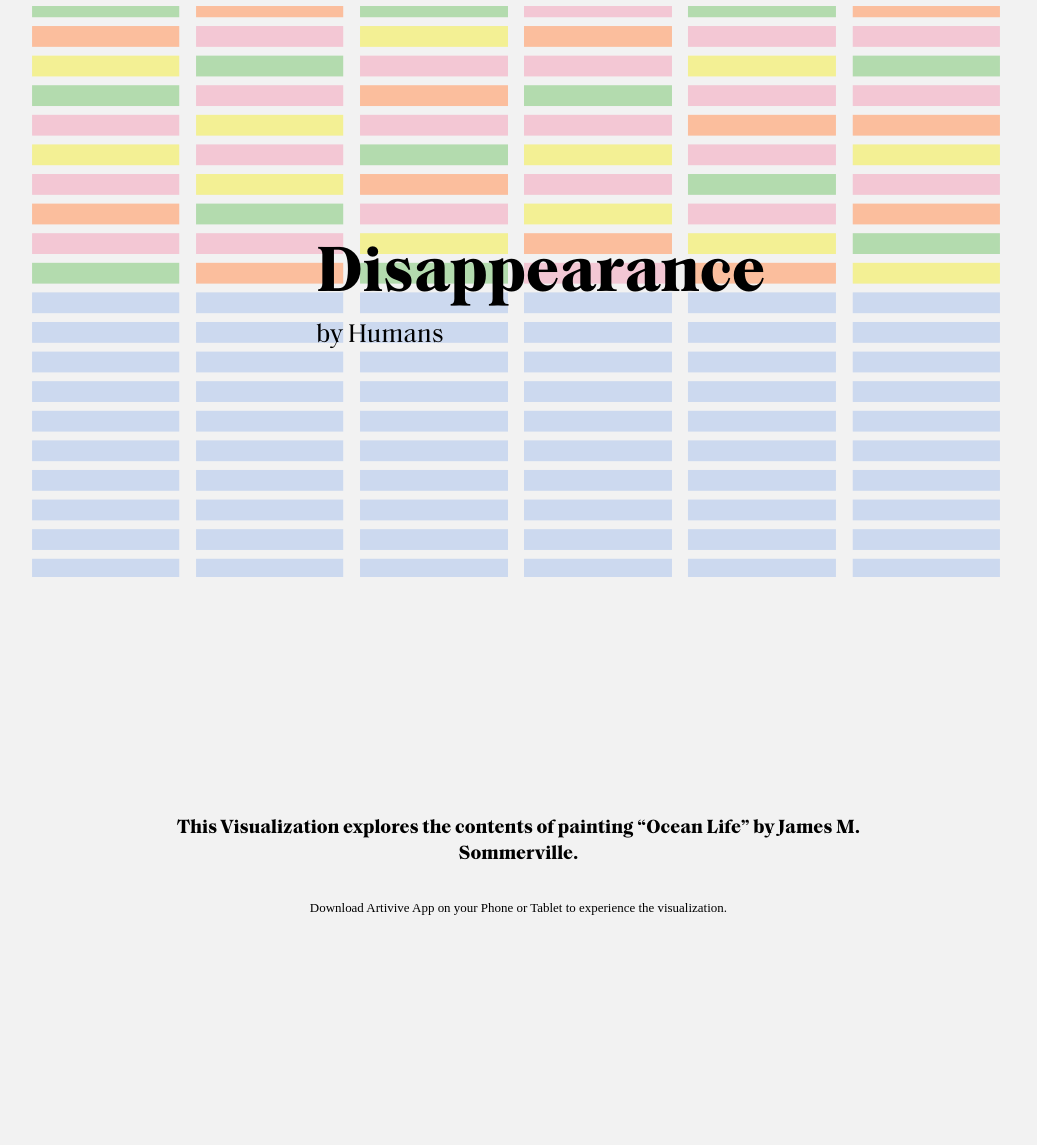
Repository: salonieshah/Major-Studio-1
Page: 4.Disappearance/index.html
The author's editor kept a record of every edit. The page is drawn from the files as they stood at one moment, then again after the next edit.
The browser window is 1280 px wide. The pictures show the part of the page from y = 0 to 1414 px (the page is 2850 px tall), at 81% of full size.
A picture or video elsewhere on the page could not be fetched, so the positions and the page height are approximate. Backgrounds fixed to the window are drawn as part of the page.

Above is the page before.

After the next edit:
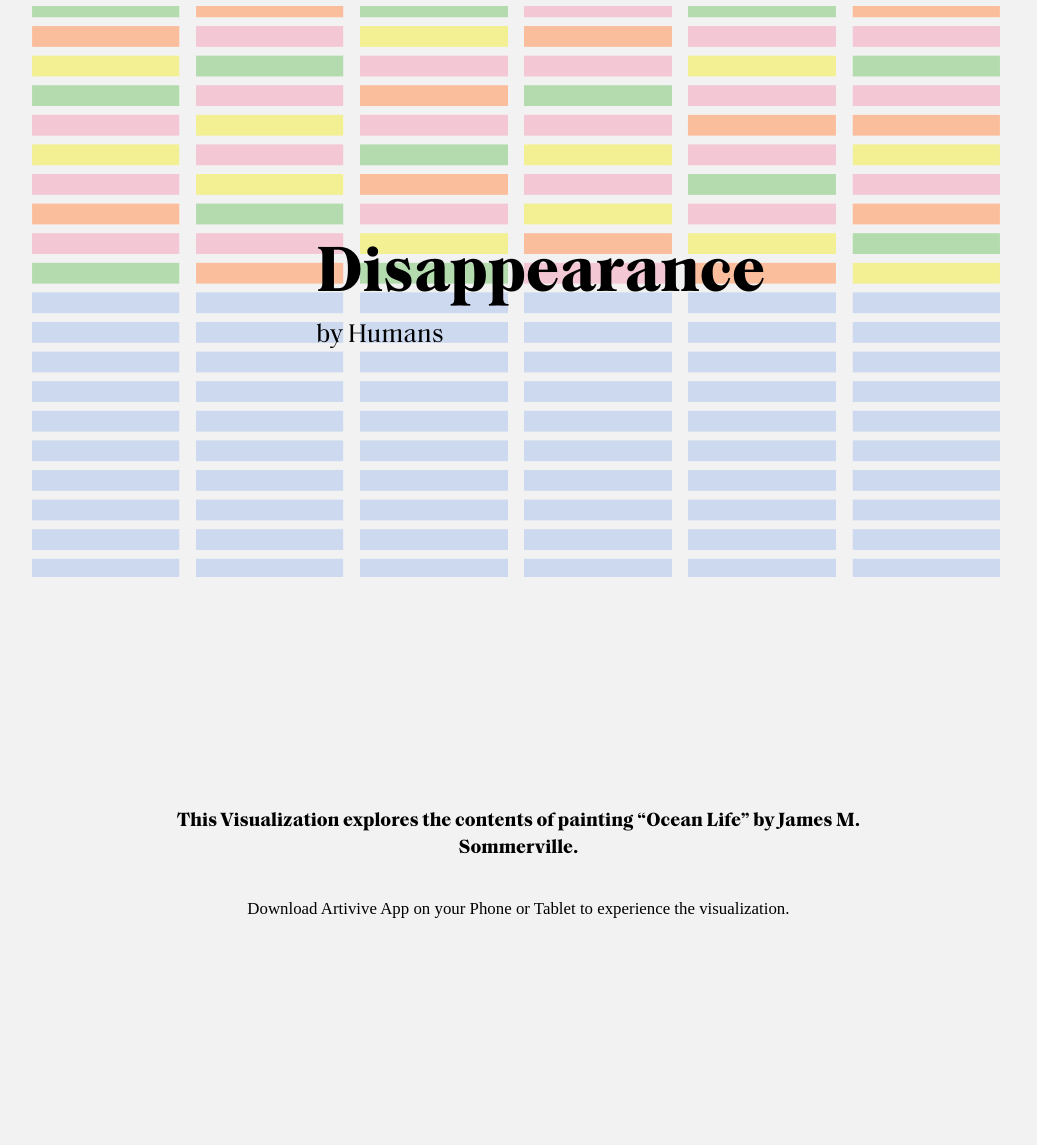
The edit:
--- a/4.Disappearance/styles/styles.css
+++ b/4.Disappearance/styles/styles.css
@@ -74,3 +74,7 @@
   padding-right: 15%;
   /*line-height: 3em;*/
 }
+
+.notes{
+  font-size: 1.3em;
+}
